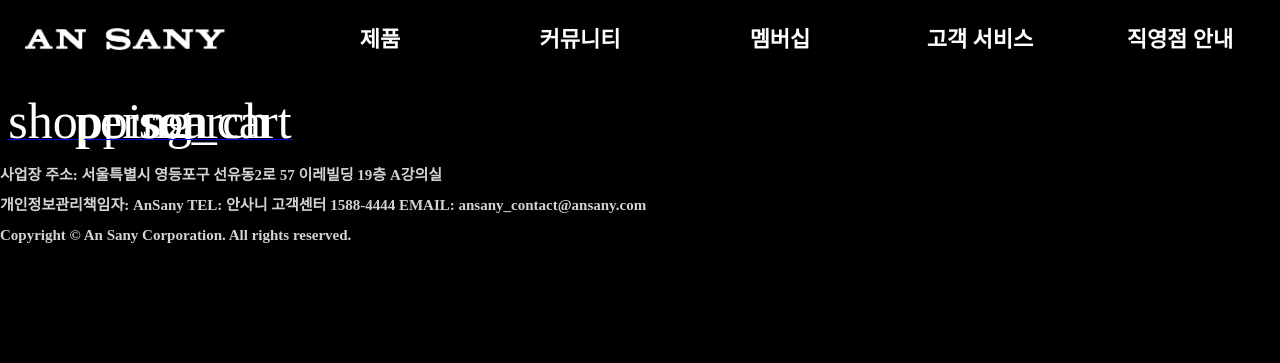
Repository: zoeshin92/semiProj_Zoe
Page: http://localhost/anSany_semiProject/
The author's editor kept a copy of each file at every save. The page is drawn from the files as they stood at one save, then again after the next save.
The browser window is 1280 px wide. The pictures show the whole page.
The page is served by Tomcat 9. Other server files are loaded and not shown.

Above is the page before, as saved 2022-09-16 06:15:45.

### anSany_semiProject/src/main/webapp/index.jsp
<%@ page language="java" contentType="text/html; charset=UTF-8"
    pageEncoding="UTF-8"%>
<!DOCTYPE html>
<html>
<head>
<meta charset="UTF-8">
<title>Insert title here</title>
</head>
<body>
	<%@include file="/WEB-INF/views/common/header.jsp"%>

	<%@include file="/WEB-INF/views/common/footer.jsp" %>
</body>
</html>

### anSany_semiProject/src/main/webapp/WEB-INF/views/common/header.jsp
<%@ page language="java" contentType="text/html; charset=UTF-8"
    pageEncoding="UTF-8"%>
<!DOCTYPE html>
    <link rel="stylesheet" href="/css/header.css">
    <link href="https://fonts.googleapis.com/icon?family=Material+Icons"
    rel="stylesheet">
    <script src="https://code.jquery.com/jquery-3.6.0.js"></script>
<body>
    <div class="header-body">
        <div class="header-fixed">
            <div class="header-wrap">
                <div class="header-top">
                    <div class="header-logo"><a href="/"><img src="img/logo2.png" alt=""></a></div>
                    <div class="header-navi">
                        <ul>
                            <li>
                                <a href="#">제품</a>
                                <ul>
                                    <li><a href="#">헤드폰/이어폰</a></li>
                                    <li><a href="#">스피커</a></li>
                                    <li><a href="#">턴테이블</a></li>
                                    <li><a href="#">워크맨</a></li>
                                </ul>
                            </li>
                            <li>
                                <a href="#">커뮤니티</a>
                                <ul>
                                    <li><a href="#">공지사항</a></li>
                                    <li><a href="#">구매후기</a></li>
                                    <li><a href="#">사진전</a></li>
                                    <li><a href="#">자유게시판</a></li>
                                </ul>
                            </li>
                            <li><a href="#">멤버십</a>
                                <ul>
                                    <li><a href="#">등급&혜택 안내</a></li>
                                </ul>
                            </li>
                            <li>
                                <a href="#">고객 서비스</a>
                                <ul>
                                    <li><a href="#">FAQ / Q<span>&</span>A</a></li>
                                    <li><a href="#"></a></li>
                                </ul>
                            </li>
                            <li>
                                <a href="#">직영점 안내</a>
                                <ul>
                                    <li><a href="#">찾아오시는길</a></li>
                                </ul>
                            </li>
                        </ul>
                    </div>
                    <div class="header-icon">
                        <div class="icon-wrap">
                            <div>
                                <a href="#">
                                    <span class="material-icons">shopping_cart</span>
                                </a>
                            </div>
                            <div>
                                <a href="#">
                                    <span class="material-icons">person</span>
                                </a>
                            </div>
                            <div>
                                <a href="#">
                                    <span class="material-icons">search</span>
                                </a>
                            </div>
                        </div>
                    </div>
                </div>
            </div>
        </div>
    </div>
    <script src="/js/header.js"></script>
</body>

### anSany_semiProject/src/main/webapp/WEB-INF/views/common/footer.jsp
<%@ page language="java" contentType="text/html; charset=UTF-8"
    pageEncoding="UTF-8"%>
  <link rel="stylesheet" href="/css/footer.css">
<body>
  <footer>
    <div class="footer-content">
      <div class="footer-left">
        <div class="footer-link">
          <ul>
            <li><a href="#">이용약관</a></li>
            <li><a href="#">개인정보처리방침</a></li>
            <li><a href="#">소비자 피해 보상보험</a></li>
            <li><a href="#">사이트 맵</a></li>
          </ul>
        </div>
        <p class="small-size">* 본 사이트의 컨텐츠는 저작권법의 보호를 받는 바, 상업적 목적의 무단전재, 복사, 배포 등을 금합니다.</p>
        <p class="small-size">* 소비자피해보상보험 고객님은 안전거래를 위해 현금 등으로 결제 시 저희 쇼핑몰에서 가입한 구매안전서비스를 이용하실 수 있습니다.</p>
        <p class="bold-size">사업장 주소: 서울특별시 영등포구 선유동2로 57 이레빌딩 19층 A강의실</p>
        <p class="bold-size">개인정보관리책임자: AnSany TEL: 안사니 고객센터 1588-4444 EMAIL: ansany_contact@ansany.com</p>
        <p class="bold-size">Copyright © An Sany Corporation. All rights reserved. </p>
      </div>
      <div class="footer-right">
        <div class="followus">FOLLOW US</div>
        <div class="site-logos">
          <a href="https://www.facebook.com/sonykorea" target="_blank"><img src="/img/facebook.png" class="logos"></a>
          <a href="https://www.instagram.com/sonykorea/" target="_blank"><img src="/img/instagram.png" class="logos"></a>
          <a href="https://www.youtube.com/user/sonystyleblog" target="_blank"><img src="/img/youtube.png" class="logos"></a>
          <a href="https://stylezineblog.com/?intcmp=Main_Blog" target="_blank"><img src="/img/blog.png" class="logos"></a>
        </div>
      </div>
      </div>
    </div>
  </footer>
</body>

### anSany_semiProject/src/main/webapp/css/header.css
body{
    margin: 0;
    background-color: black;
}

.header-fixed{
    position: fixed;
    width: 100%;
    background-color: black;
    height: 81px;
    margin: 0 auto;

}

.header-top{
    margin: 0 auto;
    background-color: black;
    width: 100%;
    max-width: 1920px;
    display: flex;
    flex-wrap: wrap;
    justify-content: space-between;
    overflow: hidden;
}
.header-logo{
    background-color: black;
    height: 80px;
    width: 250px;
    line-height: 90px;
    text-align: center;
}
.header-logo>a>img{
    width: 200px;
}
.header-navi{
    background-color: black;
    height: 81px;
}
.header-navi ul{
    list-style-type: none;
    padding: 0%;
    margin: 0;
    overflow: hidden;
}
.header-navi>ul>li a{
    text-decoration: none;
    color: white;
    display: block;
    font-size: 22px;
    font-weight: 900;
}
.header-navi>ul>li>ul>li>a{
    font-size: 18px;
}
.header-navi>ul>li{
    width: 200px;
    float: left;
    text-align: center;
    line-height: 80px;
}

.header-navi>ul>li>ul{
    height: 0;
    overflow: hidden;
}
.header-navi>ul>li>ul>li{

    height: 81px;
}

.header-navi:hover>ul>li>ul{
    height: 320px;
    transition-duration: 0.3s;
}
.header-navi>ul>li>a{
    border-bottom: 1px solid transparent;
}
.header-navi>ul>li:hover>a{
    color: #5865f5;
    border-bottom: 1px solid white;

}
.header-navi>ul>li>ul>li :hover{
    color: #5865f5;
}
.header-navi>ul>li:hover>ul{
    overflow: hidden;
    background-color: rgba(255,255,255,0.05);
}



.header-icon{
    background-color: black;
    height: 80px;
    width: 200px;
}
.header-icon>div{
    display: flex;
    justify-content: space-around;
}
.header-icon>div>div>a{
    display: block;
    width: 50px;
}
.header-icon>div>div>a>span{
    font-size: 50px;
    line-height: 80px;
    color: white;
}
.header-icon span:hover{
    font-size: 50px;
    color: #5865f5;
}

### anSany_semiProject/src/main/webapp/js/header.js
$(".header-navi>ul>li a").on("mouseover",function(){
    $(".header-top").css("height","401px");
});
$(".header-navi>ul>li a").on("mouseout",function(){
    $(".header-top").css("height","81px");
});

$(".header-navi").on("mouseover",function(){
    $(".header-top").css("height","401px");
});

$(".header-navi").on("mouseout",function(){
    $(".header-top").css("height","81px");
});

### anSany_semiProject/src/main/webapp/css/footer.css
footer *{
  margin: 0;
  padding: 0;
}
footer{
  bottom: 0;
  padding: 50px 0px;
  background-color: black;
  width: 100%;
  max-width: 1920px;
  color: lightgray;
  margin: 0 auto;
}
.footer-content{
  overflow: hidden;
}
.footer-left{
  width: 60%;
  float: left;
}
.footer-link{
  display: flex;
  font-size: 18px;
  font-weight: bold;
  margin-bottom: 20px;
}
.footer-link>ul{
  display: flex;
  list-style-type: none;
}
.footer-link>ul>li{
  line-height: 30px;
  padding: 0px 10px;
  border-right:1px solid lightgray;
}
.footer-link>ul>li:last-child{
  border-right: none;
}
.footer-link>ul>li>a{
  text-decoration: none;
  color: lightgray;
}
.footer-left p{
  line-height: 30px;
}

.small-size{
  font-size: 12px;
}
.bold-size{
  font-size: 15px;
  font-weight: bold;
}
.footer-right{
  width: 40%;
  float: left;
  overflow: hidden;
}
.logos{
  width: 45px;
  height: 45px;
}
.followus{
  font-size: 30px;
  font-weight: bold;
  float: left;
  margin-right: 20px;
}
.site-logos{
  float: left;
}
.site-logos>a{
  margin-right: 20px;
}

After the next save:
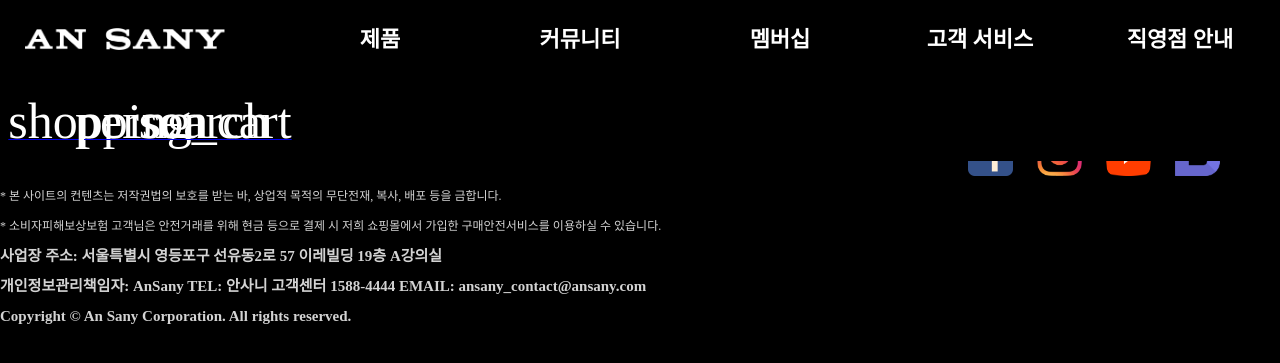
Saved 19 s later.
--- a/anSany_semiProject/src/main/webapp/index.jsp
+++ b/anSany_semiProject/src/main/webapp/index.jsp
@@ -8,7 +8,7 @@
 </head>
 <body>
 	<%@include file="/WEB-INF/views/common/header.jsp"%>
-
+	<div style="padding-top: 81px">
 	<%@include file="/WEB-INF/views/common/footer.jsp" %>
 </body>
 </html>
